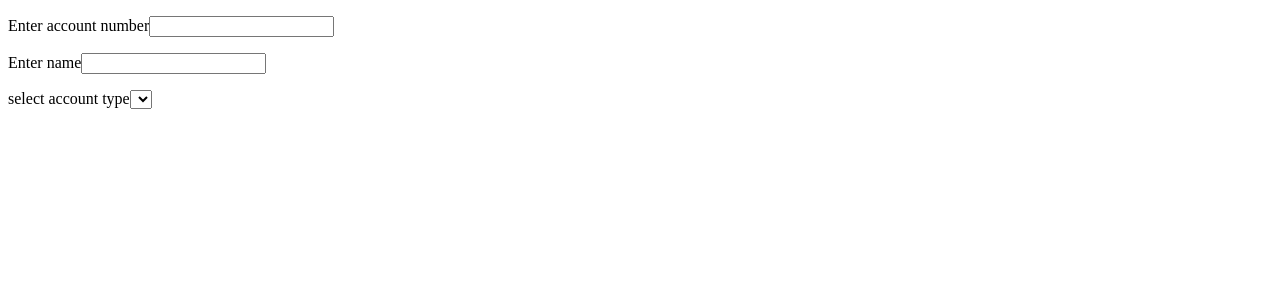
Repository: abhinavan/BankAccountProject
Page: http://localhost/BankAccountProject/
An editor plug-in stored every save of this project. The page is shown before and after the next save, followed by the edit.
The browser window is 1280 px wide. The pictures show the whole page.
The page is served by Tomcat 9.

Above is the page before, as saved 2016-08-09 09:58:42.

After the next save:
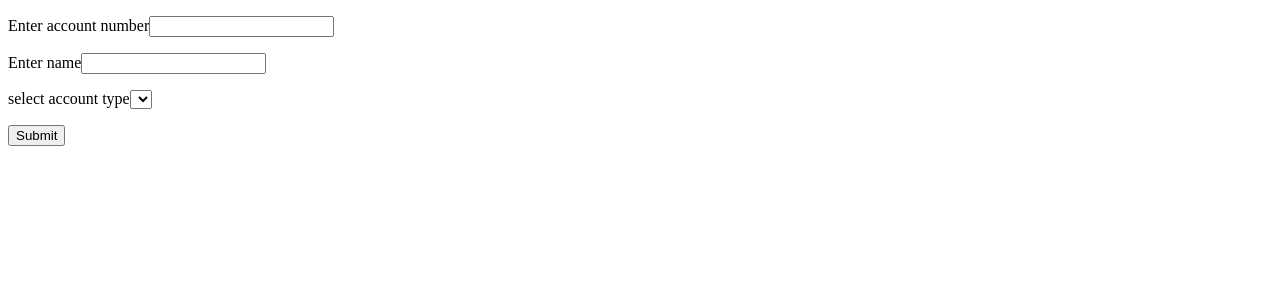
Saved 37 s later.
--- a/BankAccountProject/WebContent/index.jsp
+++ b/BankAccountProject/WebContent/index.jsp
@@ -14,7 +14,7 @@
 											 <option name="current">
 									</select></p>
 
-<p>
+<p><input type="submit" value="Submit"></p>
 </form>
 </body>
 </html>
